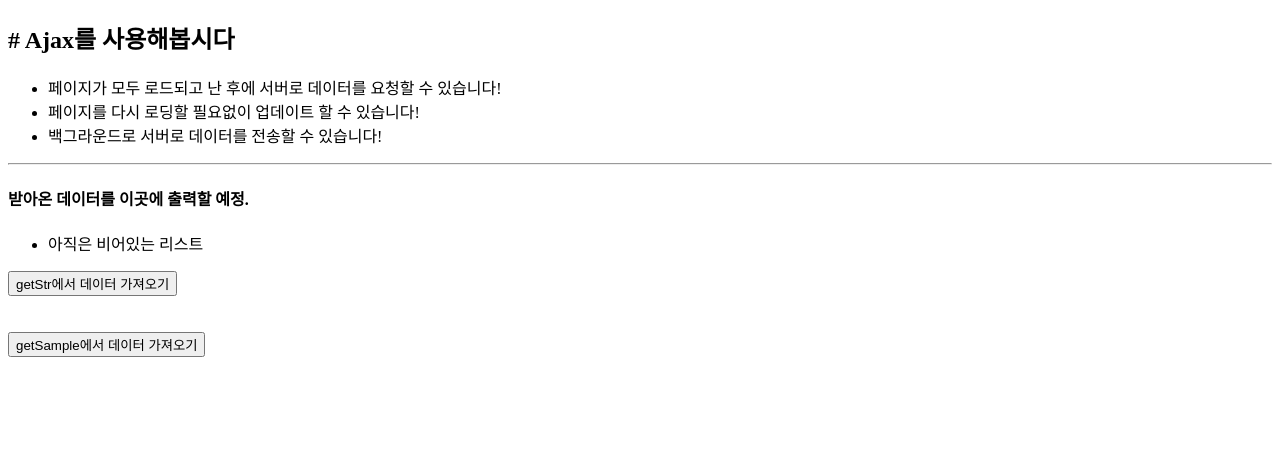
Repository: sirius455/spring-workspace
Page: http://localhost/Spring_REST/WEB-INF/views/ajax/home.jsp
These files come from the project's save history. The page is drawn as it stood at one moment and after the next save; the edit follows.
The browser window is 1280 px wide. The pictures show the whole page.
The page is served by Tomcat 9. Nobody is signed in. Other server files are loaded and not shown. The template is opened directly, without the code that normally fills it, so the values that code supplies are empty.

Above is the page before, as saved 2021-08-05 05:35:35.

### Spring_REST/src/main/webapp/WEB-INF/views/ajax/home.jsp
<%@ page language="java" contentType="text/html; charset=EUC-KR"
    pageEncoding="EUC-KR"%>

<!DOCTYPE html>
<html>
<head>
<meta charset="UTF-8">
<title>Ajax Home</title>
</head>
<body>
	<h2># Ajax를 사용해봅시다</h2>

	<ul>
		<li>페이지가 모두 로드되고 난 후에 서버로 데이터를 요청할 수 있습니다!</li>
		<li>페이지를 다시 로딩할 필요없이 업데이트 할 수 있습니다!</li>
		<li>백그라운드로 서버로 데이터를 전송할 수 있습니다!</li>

	</ul>

<hr>

<div id="test">
	<h4>받아온 데이터를 이곳에 출력할 예정.</h4>
</div>

<ul id="testList">
	<li>아직은 비어있는 리스트</li>
</ul>

<button onclick="loadStr()">
	getStr에서 데이터 가져오기
</button> <br><br><br>

<button id="sampleAsyncBtn">
	getSample에서 데이터 가져오기
</button> <br><br><br>

<!-- 서버에서 자원을 사용할 때는 servlet-context의 자원경로를 사용해야 한다 -->
<script src="<%=request.getContextPath() %>/resources/js/ajax_home.js"></script>



</body>
</html>

### Spring_REST/src/main/webapp/resources/js/ajax_home.js
/**
 *
 */

const to_print = document.querySelector("#test > h4")

function loadStr() {

	// 1. 비동기 요청 인스턴스를 생성한다.
	const xhttp = new XMLHttpRequest();

	// 2. 비동기 요청을 설정한다

	xhttp.onreadystatechange = (e) => {
		const target = e.target;
		const httpStatus = e.target.status;
		const readyState = e.target.readyState

		console.log(target);
		console.log('readyState:', readyState)

		if(httpStatus == 200) {
		if (readyState == 1) {
			to_print.innerHTML = '서버와의 연결이 수립되었습니다'
		} else if (readyState == 2) {
			to_print.innerHTML = '서버가 내 요청을 받았습니다'
		} else if (readyState == 3) {
			to_print.innerHTML = '요청을 처리중입니다.'
		} else if (readyState == 4) {
			to_print.innerHTML = '요청처리가 끝난 후 응답이 준비되었습니다.';
		} else {
			to_print.innerHTML = "요청이 아직 생성되지 않았거나 뭔가 준비되지 않았습니다."
		}
	  }
	};

//	xhttp.addEventListener('readystatechange', () => {
//
//		console.log(e.readyState);
//		to_print.innerHTML = e.target.responseText;
//	});

	xhttp.open('GET', '/rest/sample/getstr', true);

	//3. 요청을 보낸다.
	xhttp.send();

}

const sampleAsyncBtn = document.getElementById("sampleAsyncBtn");
const list = document.getElementById("testList");

sampleAsyncBtn.addEventListener('click', () => {
	const xhttp = new XMLHttpRequest();

	// 비동기 요청에 대한 상태가 변화할때마다 발상하는 이벤트
	xhttp.addEventListener('readystatechange', (e) => {
		const target = e.target
		const status = e.target.status;
		const readyState = target.readyState;

		if(status == 200 && readyState == 4) {
			//자바스크리브에서는 아주 쉽게 JSON형식의 문자열을 Object로 변환할 수 있다
			myobj = JSON.parse(target.responseText);
			console.log(myobj);

			Object.keys(myobj).forEach((key) => {
				const new_node = document.createElement("li");
				new_node.innerHTML = myobj[key];
				testList.appendChild(new_node);
			});
		}
	});

	//비동기 요청의 method와 uri를 설정
	xhttp.open('GET', '/rest/sample/getSample', true);

	xhttp.send();

})

After the next save:
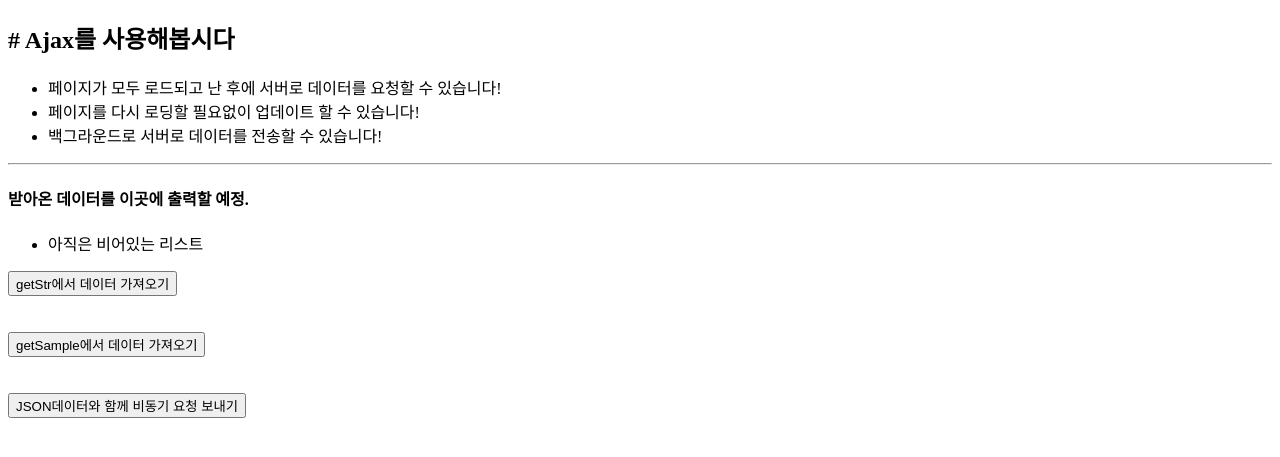
Saved 16 s later.
--- a/Spring_REST/src/main/webapp/WEB-INF/views/ajax/home.jsp
+++ b/Spring_REST/src/main/webapp/WEB-INF/views/ajax/home.jsp
@@ -35,6 +35,10 @@
 	getSample에서 데이터 가져오기
 </button> <br><br><br>
 
+<button id="sampleAsyncBtn">
+	JSON데이터와 함께 비동기 요청 보내기
+</button>
+
 <!-- 서버에서 자원을 사용할 때는 servlet-context의 자원경로를 사용해야 한다 -->
 <script src="<%=request.getContextPath() %>/resources/js/ajax_home.js"></script>
 
